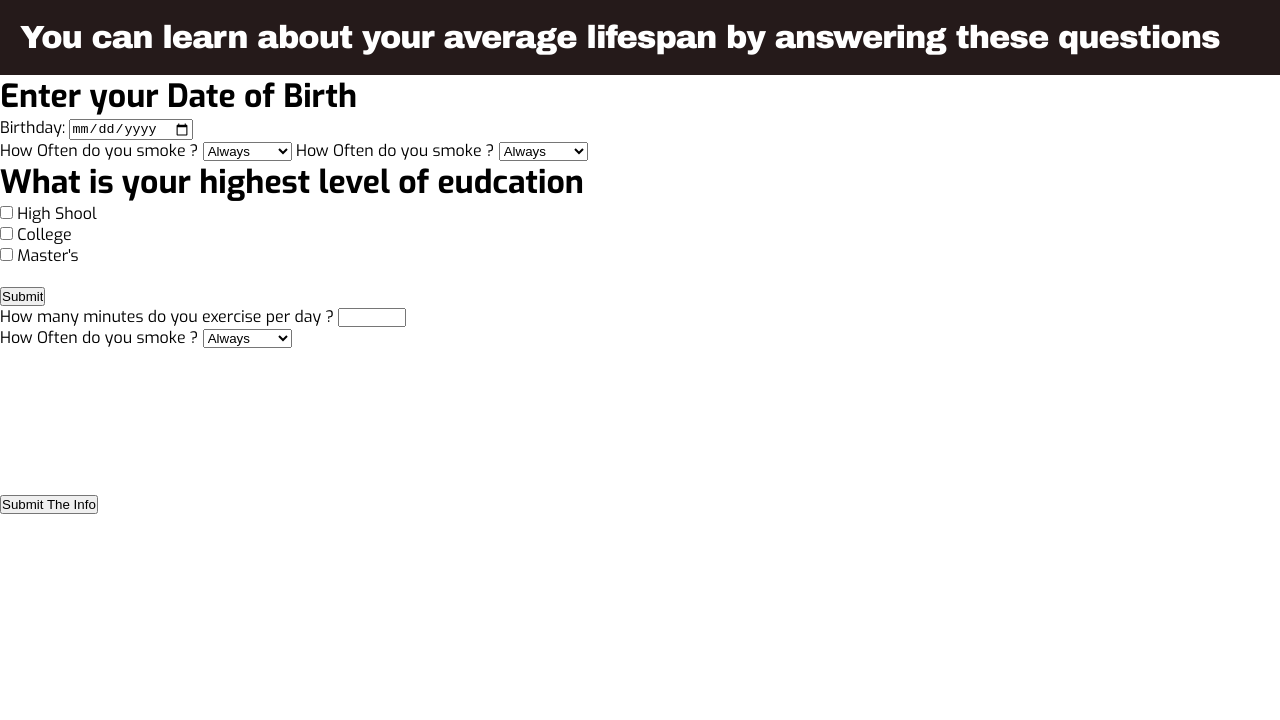
Repository: navid-amini12/capstone-1
Page: wordgame.html
These files come from the project's save history. The page is drawn as it stood at one moment and after the next save; the edit follows.
The browser window is 1280 px wide. The pictures show the whole page.

Above is the page before, as saved 2022-05-28 09:16:57.

After the next save:
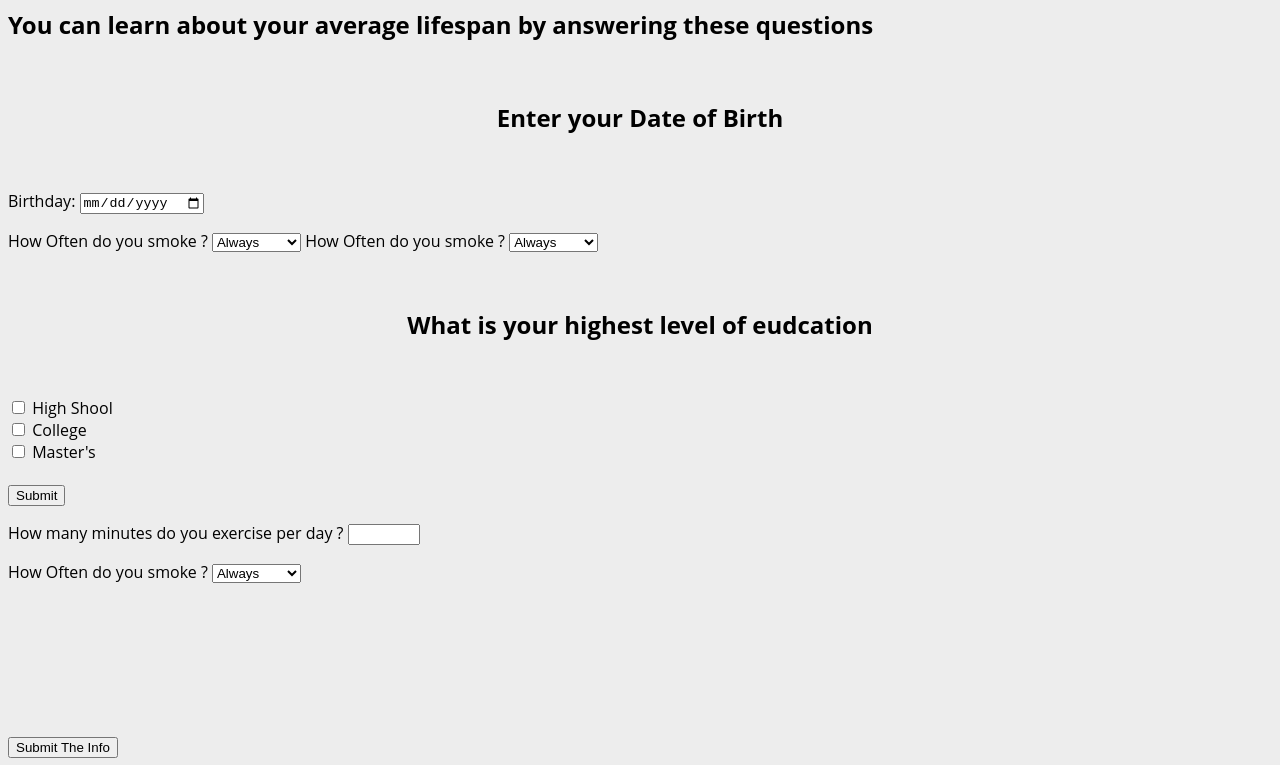
Saved 43 s later.
--- a/wordgame.html
+++ b/wordgame.html
@@ -1,6 +1,6 @@
 
 <h2>You can learn about your average lifespan by answering these questions </h1>
-  <link rel="stylesheet" type="text/css" href="Life.css">
+  <link rel="stylesheet" type="text/css" href="style.css">
 
 
     <h1>Enter your Date of Birth</h1>

After the save that followed:
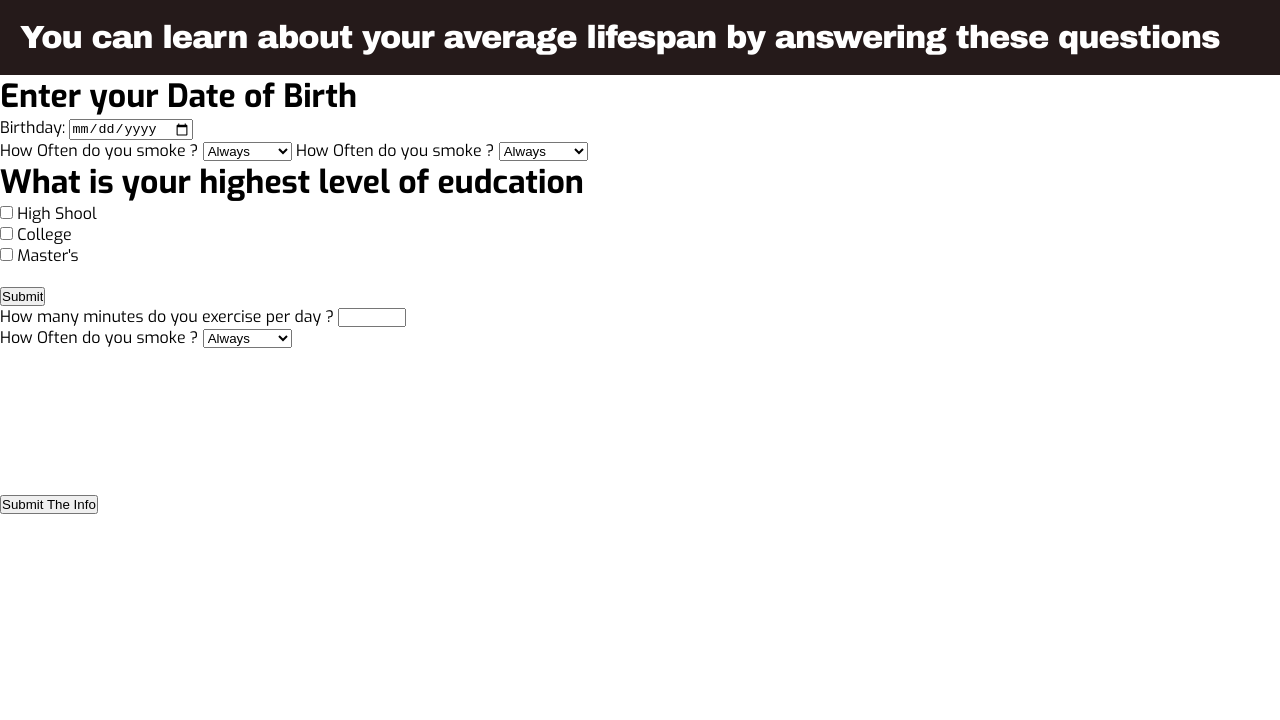
Saved 25 s later.
--- a/wordgame.html
+++ b/wordgame.html
@@ -1,6 +1,6 @@
 
 <h2>You can learn about your average lifespan by answering these questions </h1>
-  <link rel="stylesheet" type="text/css" href="style.css">
+  <link rel="stylesheet" type="text/css" href="Life.css">
 
 
     <h1>Enter your Date of Birth</h1>
